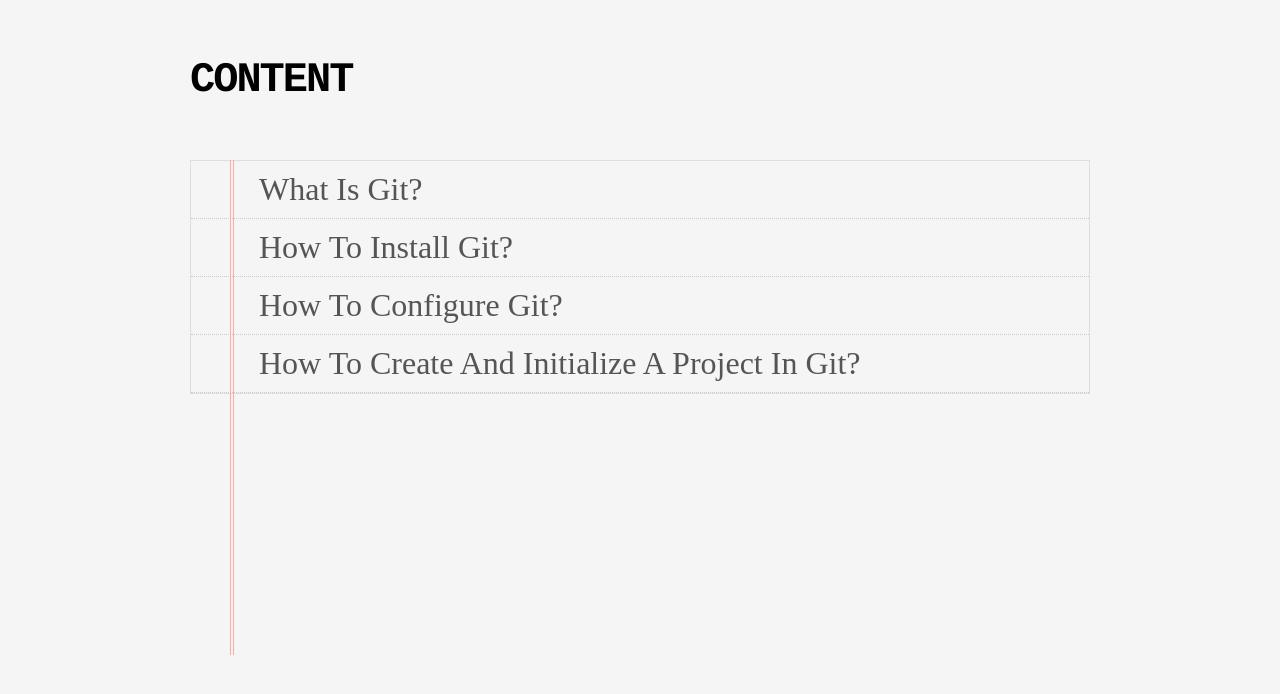
Repository: dev-singh-kanyal/Archive-git_github
Page: index.html
These files come from the project's save history. The page is drawn as it stood at one moment and after a run of saves; the edit follows.
The browser window is 1280 px wide. The pictures show the whole page.
Some web fonts or font styles are not loaded; a fallback is used.

Above is the page before, as saved 2022-06-24 16:50:36.

### index.html
<!DOCTYPE HTML>
<html>

<head>
   <meta charset="UTF-8">
   <title>Dev's Notebook</title>
   <link rel="stylesheet" href="style.css">
   <link href="https://fonts.googleapis.com/css2?family=Reenie+Beanie&display=swap" rel="stylesheet">
</head>

<body>

    <h4>CONTENT</h4>

    <div class="lines"></div>

    <ul class="list">
      <li><a href="/src/what is git.html" target="_blank">What is Git?</a></li>
      <li><a href="/src/How to install Git.html" target="_blank">How to install Git?</a></li>
      <li><a href="/src/How to configure Git.html" target="_blank">How to configure Git?</a></li>
      <li><a href="/src/How to Create and Initialize a Project in Git.html" target="_blank">How to Create and Initialize a Project in Git?</a></li>
      <!-- <li><a href="/src/what is git.html" target="_blank">What is Git?</a></li> -->

    </ul>

</body>
</html>

### style.css
body {
    background-color: #f5f5f5;
    width: 900px;
    margin: 0 auto;
    padding: 0;
  }
  h4 {
    color: #000000;
    font-size: 42px;
    letter-spacing: -2px;
    font-family: courier, monospace;
    text-align: left;
  }
  a {
    text-decoration: none;
    color: inherit;
  }
  .list {
    color: #555;
    /* font-size: 22px; */
    padding: 0 !important;
    width: auto;
    font-family: 'Reenie Beanie';
    font-size: 2rem;
    border: 1px solid #dedede;
  }
  .list li {
    list-style: none;
    border-bottom: 1px dotted #ccc;
    text-indent: 25px;
    height: auto;
    padding: 10px;
    text-transform: capitalize;
  }
  .list li:hover {
    background-color: #f0f0f0;
    -webkit-transition: all 0.2s;
    -moz-transition:    all 0.2s;
    -ms-transition:     all 0.2s;
    -o-transition:      all 0.2s;
  }
  .lines {
    border-left: 1px solid #ffaa9f;
    border-right: 1px solid #ffaa9f;
    width: 2px;
    float: left;
    height: 495px;
    margin-left: 40px;
  }

After the next 2 saves:
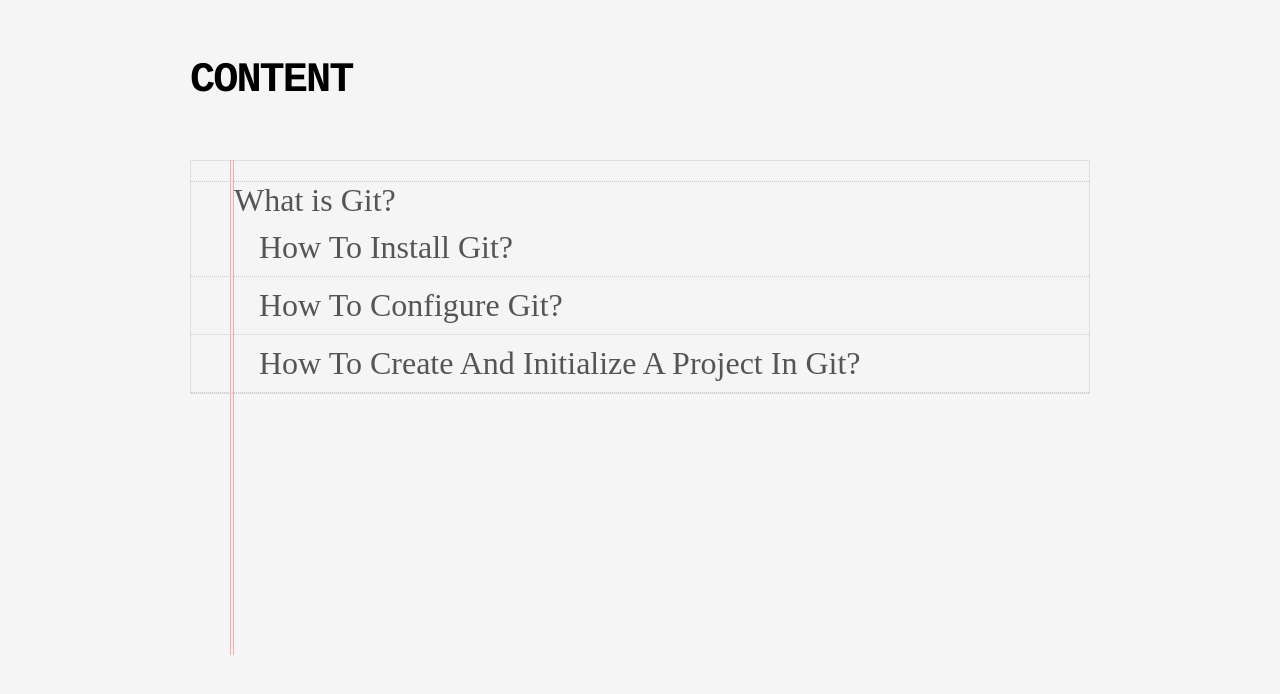
The 2 saves are shown as one change because they came seconds apart.
The last was saved 6 min 19 s later.
--- a/index.html
+++ b/index.html
@@ -15,7 +15,7 @@
     <div class="lines"></div>
 
     <ul class="list">
-      <li><a href="/src/what is git.html" target="_blank">What is Git?</a></li>
+      <a href="/src/what is git.html" target="_blank"><li></li>What is Git?</a></li>
       <li><a href="/src/How to install Git.html" target="_blank">How to install Git?</a></li>
       <li><a href="/src/How to configure Git.html" target="_blank">How to configure Git?</a></li>
       <li><a href="/src/How to Create and Initialize a Project in Git.html" target="_blank">How to Create and Initialize a Project in Git?</a></li>

After the save that followed:
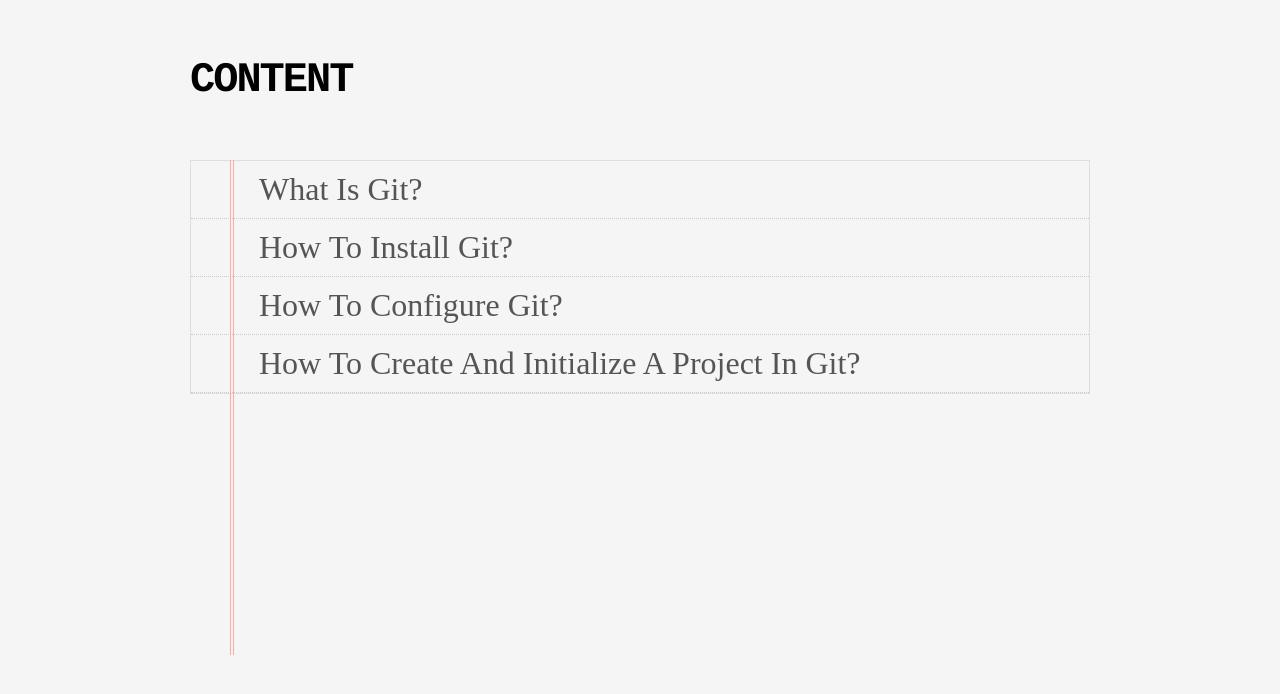
Saved 4 s later.
--- a/index.html
+++ b/index.html
@@ -15,7 +15,7 @@
     <div class="lines"></div>
 
     <ul class="list">
-      <a href="/src/what is git.html" target="_blank"><li></li>What is Git?</a></li>
+      <a href="/src/what is git.html" target="_blank"><li>What is Git?</a></li>
       <li><a href="/src/How to install Git.html" target="_blank">How to install Git?</a></li>
       <li><a href="/src/How to configure Git.html" target="_blank">How to configure Git?</a></li>
       <li><a href="/src/How to Create and Initialize a Project in Git.html" target="_blank">How to Create and Initialize a Project in Git?</a></li>
